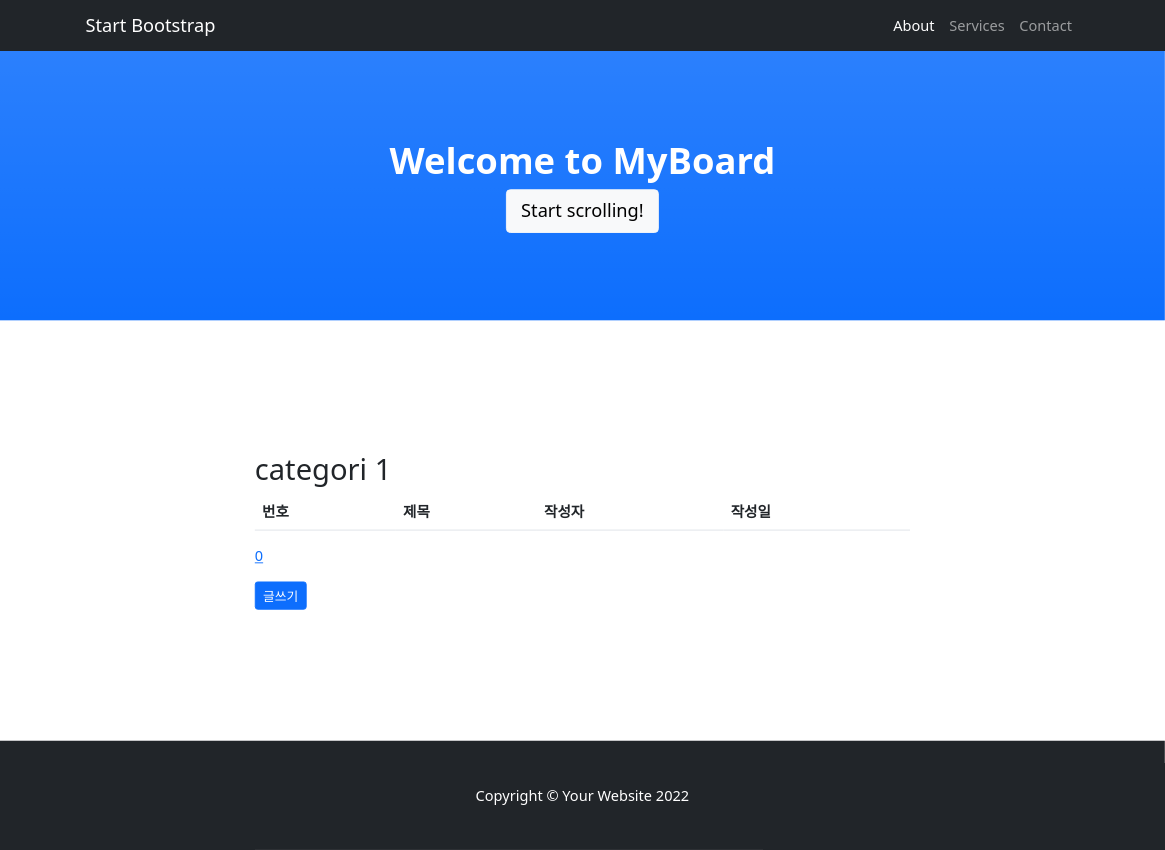
Repository: rlarmsdn2999/SpringWebProject
Page: http://localhost/myboard/WEB-INF/views/board/list.jsp
These files come from the project's save history. The page is drawn as it stood at one moment and after the next save; the edit follows.
The browser window is 1280 px wide. The pictures show the whole page, at 91% of full size.
The page is served by Tomcat 9. Nobody is signed in. The template is opened directly, without the code that normally fills it, so the values that code supplies are empty.

Above is the page before, as saved 2022-12-27 06:55:14.

After the next save:
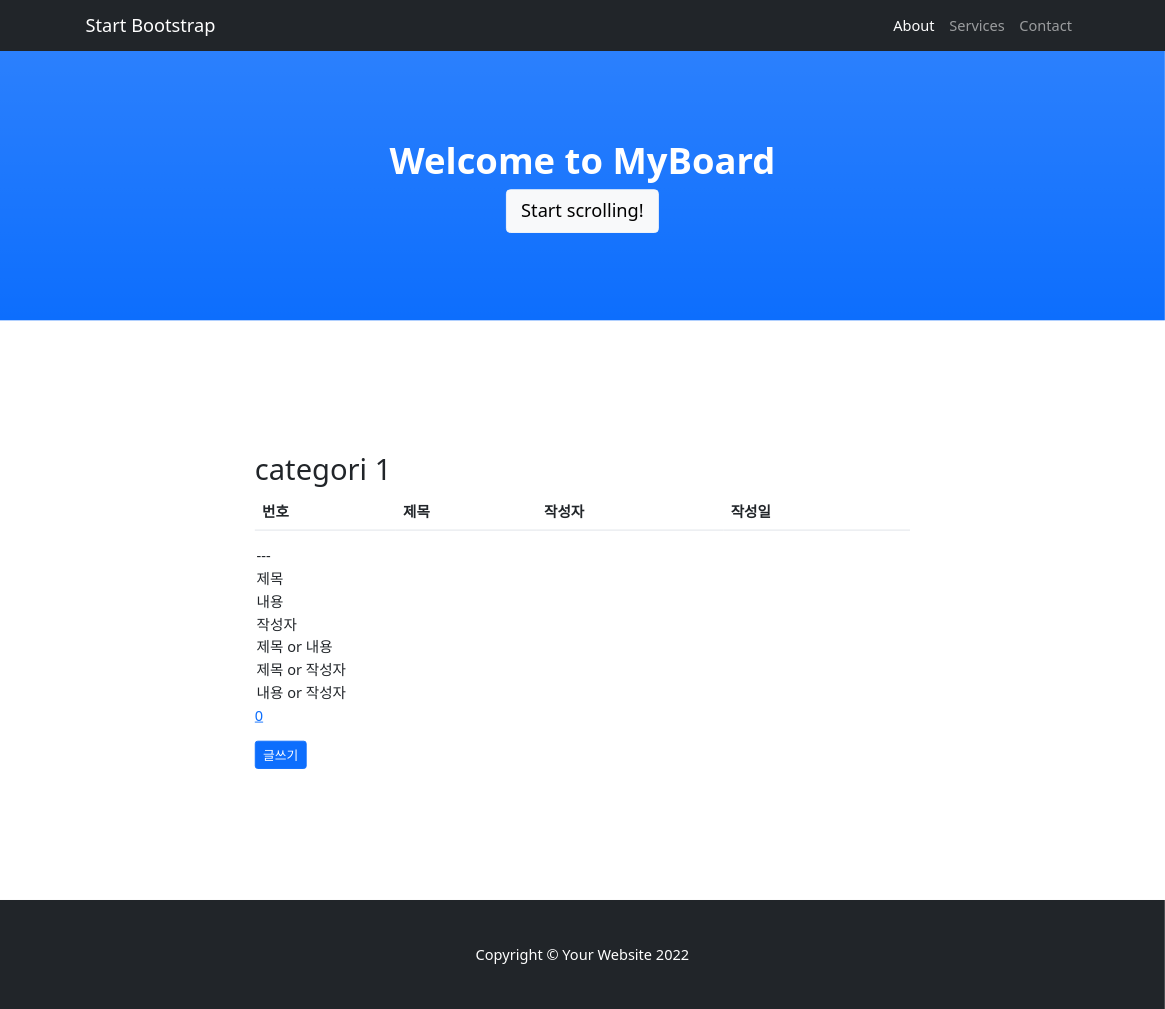
Saved 8 min 10 s later.
--- a/myboard/myboard/src/main/webapp/WEB-INF/views/board/list.jsp
+++ b/myboard/myboard/src/main/webapp/WEB-INF/views/board/list.jsp
@@ -73,6 +73,19 @@
 							</c:forEach>
 						</tbody>
 					</table>
+					<div class='row'>
+						<div class="col-lg-12">
+							<form id="searchForm" action="/board/list" method="get">
+								<option value="">---</option>
+								<option value="T">제목</option>
+								<option value="C">내용</option>
+								<option value="W">작성자</option>
+								<option value="TC">제목 or 내용</option>
+								<option value="TW">제목 or 작성자</option>
+								<option value="WC">내용 or 작성자</option>
+							</form>
+						</div>
+					</div>
 					<form id="actionForm" action="/board/list" method="get">
 						<input type="hidden" name="pageNum" value="${pageMaker.cri.pageNum}">
 						<input type="hidden" name="amount" value="${pageMaker.cri.amount}">
